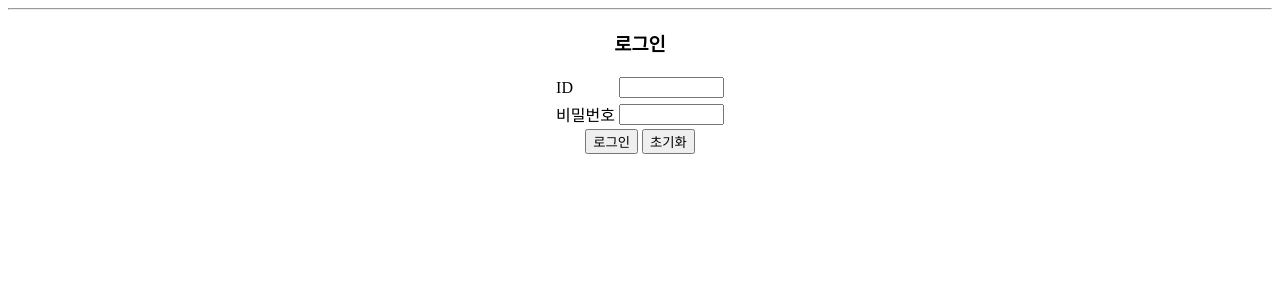
Repository: Juseong-Bang/jspWebProject
Page: http://localhost/FilmBooking/login.jsp
An editor plug-in stored every save of this project. The page is shown before and after the next save, followed by the edit.
The browser window is 1280 px wide. The pictures show the whole page.
The page is served by Tomcat 9.

Above is the page before, as saved 2017-11-28 10:52:23.

After the next save:
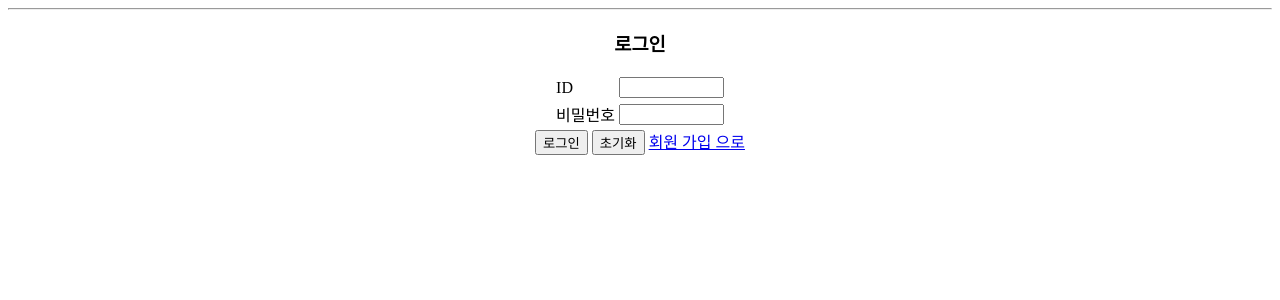
Saved 20 min 13 s later.
--- a/FilmBooking/WebContent/login.jsp
+++ b/FilmBooking/WebContent/login.jsp
@@ -22,6 +22,7 @@
 </table>
 <input type="submit" value= 로그인>
 <input type="submit" value= 초기화>
+<a href=register.jsp>회원 가입 으로</a>
 </div>
 </body>
 </html>
